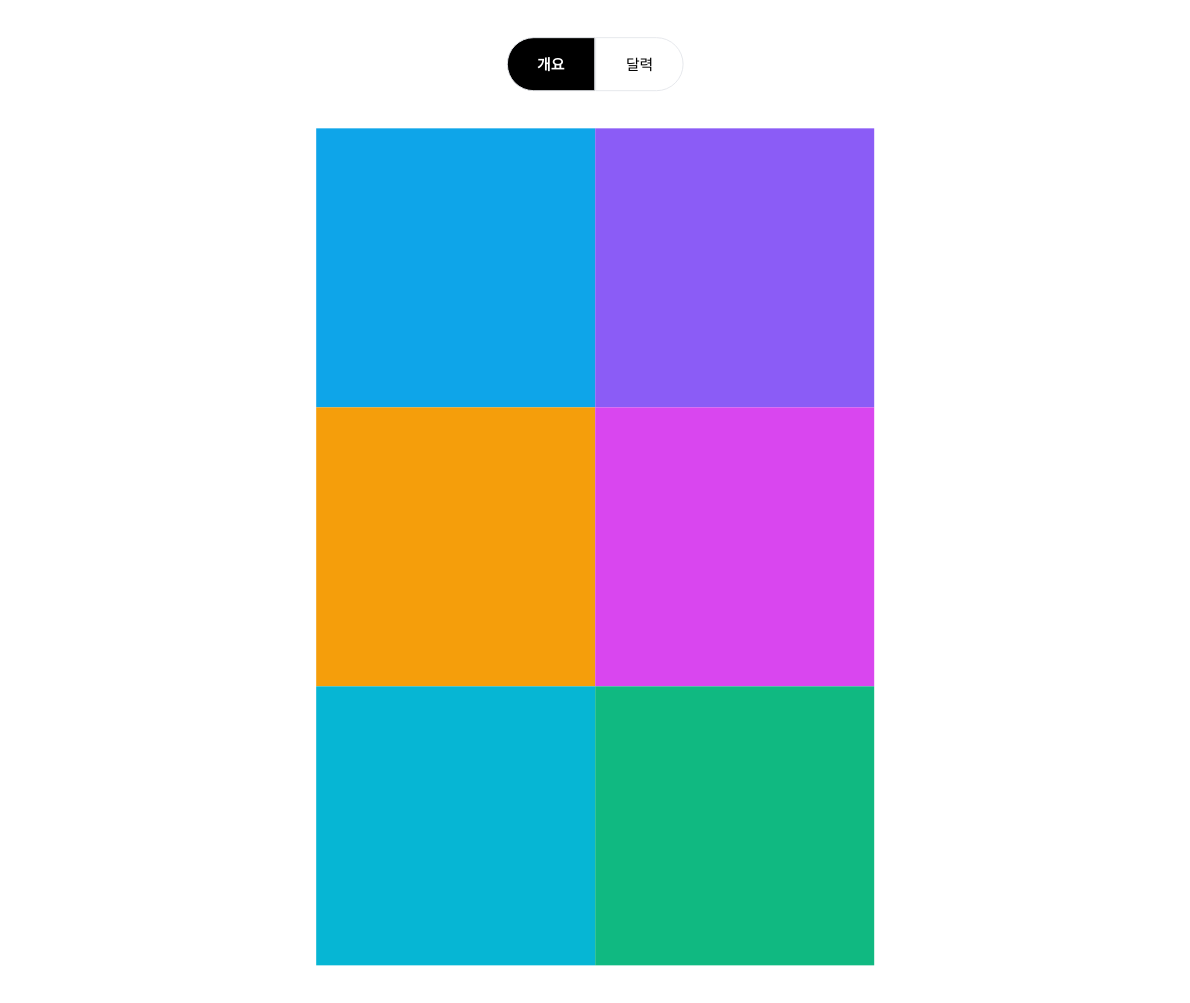
Repository: honey-punch/my-alcohol
Page: /
The author's editor kept a copy of each file at every save. The page is drawn from the files as they stood at one save, then again after the next save.
The browser window is 1280 px wide. The pictures show the whole page, at 93% of full size.
The project was rebuilt for these pictures with package versions that can differ from the ones it lists, and the page was loaded fresh each time. The framework's server and built-in components were replaced by stand-ins that run in the browser. Also part of the build but not shown: next.config.ts, src/app/_component/Calendar.tsx.

Above is the page before, as saved 2025-02-10 15:43:25.

### src/app/page.tsx
"use client";

import { useState } from "react";
import Summary from "./_component/Summary";
import Calendar from "./_component/Calendar";

type ViewType = "summary" | "calendar";

export default function Home() {
  // useState
  const [viewType, setViewType] = useState<ViewType>("summary");

  // functions
  function handleChangeViewType() {
    if (viewType === "summary") {
      setViewType("calendar");
    } else {
      setViewType("summary");
    }
  }

  return (
    <div className="w-full flex flex-col items-center p-10 gap-10">
      <div onClick={handleChangeViewType} className="flex">
        <button
          className={`${
            viewType === "summary"
              ? "bg-black text-white font-black"
              : "hover:bg-black/20"
          } rounded-s-full border px-8 py-4 transition-colors`}
        >
          개요
        </button>
        <button
          className={`${
            viewType === "calendar"
              ? "bg-black text-white font-black"
              : "hover:bg-black/20"
          } rounded-e-full border px-8 py-4 transition-colors`}
        >
          달력
        </button>
      </div>
      {viewType === "summary" ? <Summary /> : <Calendar />}
    </div>
  );
}

### src/app/_component/Summary.tsx
const BOX_SIZE = 300;

export default function Summary() {
  const today = new Date();

  // TODO - DB에서 받아온 술마신 날들 중 가장 마지막 날
  const lastDay = new Date("2025-02-08T22:00:00");

  function getTimeDiff() {
    const diffMs = Math.abs(today.getTime() - lastDay.getTime());
    const hours = Math.floor(diffMs / (1000 * 60 * 60));
    const minutes = Math.floor((diffMs % (1000 * 60 * 60)) / (1000 * 60));

    return `${hours}시간 ${minutes}분`;
  }

  function getDayDiff() {
    const diffMs = Math.abs(today.getTime() - lastDay.getTime());
    const days = Math.floor(diffMs / (1000 * 60 * 60 * 24));

    return `${days}일 `;
  }

  console.log(getTimeDiff());
  console.log(getDayDiff());

  return (
    <div className="grid grid-cols-2">
      <div
        style={{ width: `${BOX_SIZE}px`, height: BOX_SIZE }}
        className="bg-sky-500"
      ></div>
      <div
        style={{ width: `${BOX_SIZE}px`, height: BOX_SIZE }}
        className="bg-violet-500"
      ></div>
      <div
        style={{ width: `${BOX_SIZE}px`, height: BOX_SIZE }}
        className="bg-amber-500"
      ></div>
      <div
        style={{ width: `${BOX_SIZE}px`, height: BOX_SIZE }}
        className="bg-fuchsia-500"
      ></div>
      <div
        style={{ width: `${BOX_SIZE}px`, height: BOX_SIZE }}
        className="bg-cyan-500"
      ></div>
      <div
        style={{ width: `${BOX_SIZE}px`, height: BOX_SIZE }}
        className="bg-emerald-500"
      ></div>
    </div>
  );
}

Loaded but not shown: src/app/layout.tsx (common file); src/app/globals.css (common file); tailwind.config.ts (common file)

After the next save:
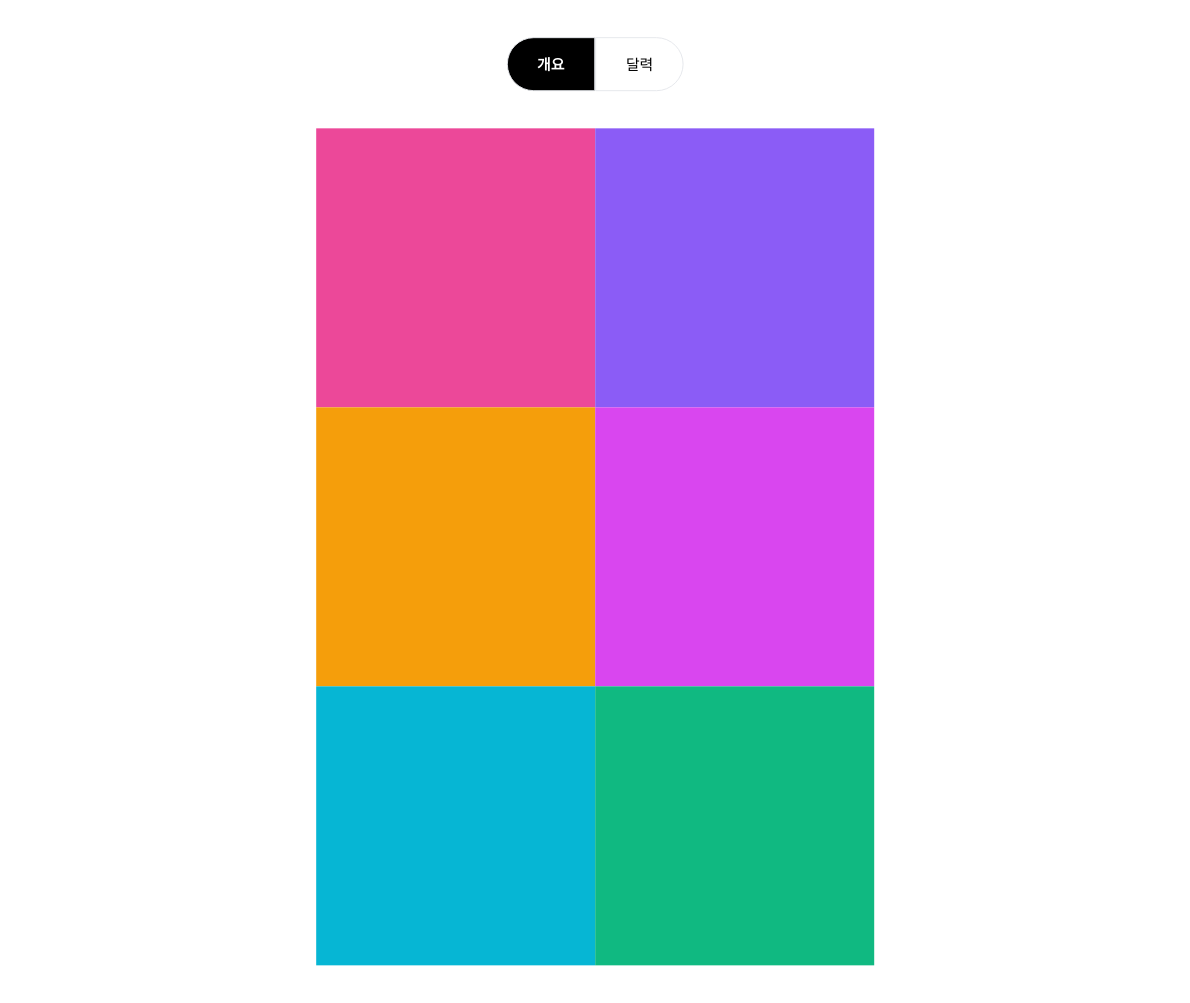
Saved 15 s later.
--- a/src/app/_component/Summary.tsx
+++ b/src/app/_component/Summary.tsx
@@ -28,7 +28,7 @@ export default function Summary() {
     <div className="grid grid-cols-2">
       <div
         style={{ width: `${BOX_SIZE}px`, height: BOX_SIZE }}
-        className="bg-sky-500"
+        className="bg-pink-500"
       ></div>
       <div
         style={{ width: `${BOX_SIZE}px`, height: BOX_SIZE }}
